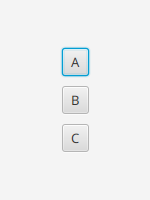
Repository: AlanVidalll/Curso-Java-Completo
Program's window: java exercicios-javafx/src/basico/PrimeiroFX.java
An editor plug-in stored every save of this project. The program's window is shown before and after the next save, followed by the edit.
It runs on Java 21 on a 1366 x 768 screen with JavaFX 11; the title bar is not drawn.

Above is the program's window before, as saved 2020-04-09 13:36:45.

### exercicios-javafx/src/basico/PrimeiroFX.java
package basico;



import javafx.application.Application;
import javafx.geometry.Pos;
import javafx.scene.Scene;
import javafx.scene.control.Button;
import javafx.scene.layout.VBox;
import javafx.stage.Stage;

public class PrimeiroFX extends Application{


	@Override
	public void start(Stage primaryStage) throws Exception {
		Button botaoA = new Button("A");
		Button botaoB = new Button("B");
		Button botaoC = new Button("C");

		VBox box = new VBox();
		box.setAlignment(Pos.CENTER);
		box.setSpacing(10);
		box.getChildren().add(botaoA);
		box.getChildren().add(botaoB);
		box.getChildren().add(botaoC);

		Scene unicaCena = new Scene(box,150,200);

		primaryStage.setScene(unicaCena);
		primaryStage.show();
	}

	public static void main(String[] args) {
		launch(args);
	}
}

After the next save:
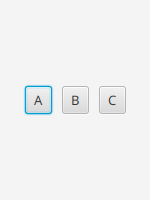
Saved 31 s later.
--- a/exercicios-javafx/src/basico/PrimeiroFX.java
+++ b/exercicios-javafx/src/basico/PrimeiroFX.java
@@ -6,7 +6,7 @@
 import javafx.geometry.Pos;
 import javafx.scene.Scene;
 import javafx.scene.control.Button;
-import javafx.scene.layout.VBox;
+import javafx.scene.layout.HBox;
 import javafx.stage.Stage;
 
 public class PrimeiroFX extends Application{
@@ -18,7 +18,7 @@
 		Button botaoB = new Button("B");
 		Button botaoC = new Button("C");
 
-		VBox box = new VBox();
+		HBox box = new HBox();
 		box.setAlignment(Pos.CENTER);
 		box.setSpacing(10);
 		box.getChildren().add(botaoA);
